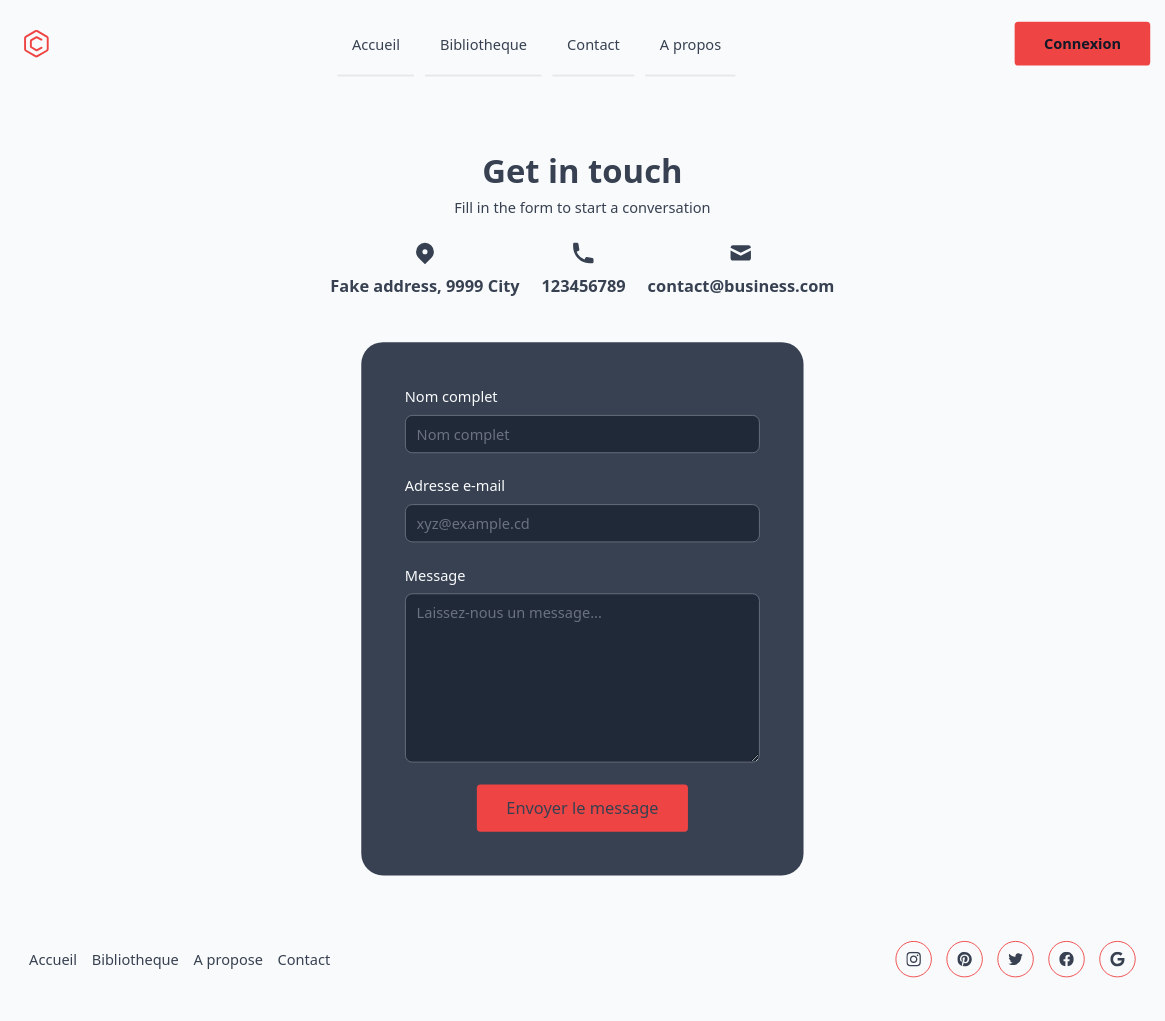
Repository: erulabs243/museum
Page: /contact
An editor plug-in stored every save of this project. The page is shown before and after the next save, followed by the edit.
The browser window is 1280 px wide. The pictures show the whole page, at 91% of full size.
The project was rebuilt for these pictures with package versions that can differ from the ones it lists, and the page was loaded fresh each time. Also part of the build but not shown: vite.config.js, src/pages/admin/Home.jsx, src/pages/commons/NotFound.jsx, src/components/atoms/TagBadge.jsx, src/components/atoms/MyAudioPlayer.jsx, src/components/atoms/MyVideoPlayer.jsx, src/components/atoms/MediaCard.jsx, src/components/sections/Testimonial.jsx and 16 more.

Above is the page before, as saved 2022-08-10 13:31:24.

### index.html
<!DOCTYPE html>
<html lang="en">
  <head>
    <meta charset="UTF-8" />
    <link rel="icon" type="image/svg+xml" href="/vite.svg" />
    <link rel="stylesheet" href="src/theme/App.css">
    <meta name="viewport" content="width=device-width, initial-scale=1.0" />
    <title>Museum...</title>
  </head>
  <body class="bg-gray-50">
    <div id="root"></div>
    <script type="module" src="/src/main.jsx"></script>
  </body>
</html>

### src/App.jsx
'use strict';

import {BrowserRouter, Route, Routes} from 'react-router-dom';
import { AdminRoutes, CommonsRoutes, UserRoutes, AuthRoutes } from './routes';

const App = () => {
  return (
      <BrowserRouter>
        <Routes>
          {AuthRoutes.map(route => <Route path={route.path} key={route.path} element={route.element} />)}
          {UserRoutes.map(route => <Route path={route.path} key={route.path} element={route.element} />)}
          {AdminRoutes.map(route => <Route path={route.path} key={route.path} element={route.element} />)}
          {CommonsRoutes.map(route => <Route path={route.path} key={route.path} element={route.element} />)}
        </Routes>
      </BrowserRouter>
  );
};

export default App

### src/routes/index.jsx
'use strict';

import AdminRoutes from "./AdminRoutes";
import CommonsRoutes from "./CommonsRoutes";
import UserRoutes from "./UserRoutes";
import AuthRoutes from "./AuthRoutes";

export {UserRoutes, AdminRoutes, CommonsRoutes, AuthRoutes};

### src/routes/AdminRoutes.jsx
'use strict';

import { Home } from "../pages/admin";

const AdminRoutes = [
    {
        path: '/admin',
        element: <Home />
    }
];

export default AdminRoutes;

### src/routes/CommonsRoutes.jsx
'use strict';

import {NotFound} from '../pages/commons';

const CommonsRoutes = [
    {
        path: '*',
        element: <NotFound />
    }
]

export default CommonsRoutes;

### src/routes/UserRoutes.jsx
'use strict';

import {
    About,
    Contact,
    Gallery,
    Home,
    Library,
    Podcast,
    Story,
    Testimonials,
    Videos
} from '../pages/user';

const UserRoutes = [
    {
        path: '/',
        element: <Home />
    },
    {
        path: '/contact',
        element: <Contact />
    },
    {
        path: '/library',
        element: <Library />
    },
    {
        path: '/stories',
        element: <Testimonials />
    },
    {
        path: '/stories/:slug',
        element: <Story />
    },
    {
        path: '/gallery',
        element: <Gallery />
    },
    {
        path: '/videos',
        element: <Videos />
    },
    {
        path: '/podcast',
        element: <Podcast />
    },
    {
        path: '/about',
        element: <About />
    }
];

export default UserRoutes;

### src/routes/AuthRoutes.jsx
'use strict';

import {Login} from '../pages/auth';

const AuthRoutes = [
    {
        path: '/login',
        element: <Login />
    }
];

export default AuthRoutes;

### src/pages/admin/index.jsx
'use strict';

import Home from './Home';

export {Home};

### src/pages/commons/index.jsx
'use strict';

import NotFound from './NotFound';

export {NotFound};

### src/pages/user/index.jsx
'use strict';

import Blog from './Blog';
import Contact from './Contact';
import Gallery from './Gallery';
import Library from './Library';
import Podcast from './Podcast';
import Testimonials from './Testimonials';
import Videos from './Videos';
import Home from './Home';
import Story from './Story';
import About from './About';

export { Home, Blog, Contact, Gallery, Library, Podcast, Testimonials, Videos, Story, About };

### src/pages/auth/index.jsx
'use strict';

import Login from "./Login";

export {Login};

### src/pages/user/Contact.jsx
'use strict';

import { Footer, Navbar } from '../../components/sections';

const Contact = () => {
    return (
        <main>
            <Navbar />
            <section className="py-6 bg-gray-50 text-gray-700 h-5/6">
                <div className="flex flex-col items-center px-6 mx-auto lg:px-8">
                    <div className="p-12 w-2/3">
                        <h1 className="text-4xl font-bold text-center">Get in touch</h1>
                        <p className="pt-2 pb-4 text-center">
                            Fill in the form to start a conversation
                        </p>
                        <div className="flex justify-center items-center">
                            <p className="flex flex-col justify-center items-center mx-3">
                                <svg
                                    xmlns="http://www.w3.org/2000/svg"
                                    viewBox="0 0 20 20"
                                    fill="currentColor"
                                    className="w-7 h-7 my-2">
                                    <path
                                        fillRule="evenodd"
                                        d="M5.05 4.05a7 7 0 119.9 9.9L10 18.9l-4.95-4.95a7 7 0 010-9.9zM10 11a2 2 0 100-4 2 2 0 000 4z"
                                        clipRule="evenodd"></path>
                                </svg>
                                <span className="text-lg font-semibold">
                                    Fake address, 9999 City
                                </span>
                            </p>
                            <p className="flex  flex-col justify-center items-center mx-3">
                                <svg
                                    xmlns="http://www.w3.org/2000/svg"
                                    viewBox="0 0 20 20"
                                    fill="currentColor"
                                    className="w-7 h-7 my-2">
                                    <path d="M2 3a1 1 0 011-1h2.153a1 1 0 01.986.836l.74 4.435a1 1 0 01-.54 1.06l-1.548.773a11.037 11.037 0 006.105 6.105l.774-1.548a1 1 0 011.059-.54l4.435.74a1 1 0 01.836.986V17a1 1 0 01-1 1h-2C7.82 18 2 12.18 2 5V3z"></path>
                                </svg>
                                <span className="text-lg font-semibold">123456789</span>
                            </p>
                            <p className="flex flex-col justify-center items-center mx-3">
                                <svg
                                    xmlns="http://www.w3.org/2000/svg"
                                    viewBox="0 0 20 20"
                                    fill="currentColor"
                                    className="w-7 h-7 my-2">
                                    <path d="M2.003 5.884L10 9.882l7.997-3.998A2 2 0 0016 4H4a2 2 0 00-1.997 1.884z"></path>
                                    <path d="M18 8.118l-8 4-8-4V14a2 2 0 002 2h12a2 2 0 002-2V8.118z"></path>
                                </svg>
                                <span className="text-lg font-semibold">contact@business.com</span>
                            </p>
                        </div>
                    </div>
                    <form
                        noValidate=""
                        className="flex flex-col w-2/5 py-12 space-y-6 px-12 ng-untouched ng-pristine ng-valid bg-gray-700 rounded-3xl">
                        <label className="block">
                            <span className="text-gray-50">Nom complet</span>
                            <input
                                type="text"
                                placeholder="Nom complet"
                                required
                                className="block w-full rounded-lg mt-2 focus:ring focus:ring-opacity-75 focus:ring-red-500 bg-gray-800 text-gray-50"
                            />
                        </label>
                        <label className="block">
                            <span className="text-gray-50">Adresse e-mail</span>
                            <input
                                type="email"
                                required
                                placeholder="xyz@example.cd"
                                className="block w-full rounded-lg mt-2 focus:ring focus:ring-opacity-75 focus:ring-red-500 bg-gray-800 text-gray-50"
                            />
                        </label>
                        <label className="block">
                            <span className="text-gray-50">Message</span>
                            <textarea
                                required
                                placeholder="Laissez-nous un message..."
                                rows="7"
                                className="block w-full rounded-lg mt-2 focus:ring focus:ring-opacity-75 focus:ring-red-500 bg-gray-800 text-gray-50"></textarea>
                        </label>
                        <button
                            type="button"
                            className="self-center px-8 py-3 text-lg rounded focus:ring hover:ring focus:ring-opacity-75 bg-red-500 text-gray-700 focus:ring-red-500 hover:ring-red-500">
                            Envoyer le message
                        </button>
                    </form>
                </div>
            </section>
            <Footer />
        </main>
    );
};

export default Contact;

### src/components/sections/index.jsx
'use strict';

import Navbar from './Navbar';
import Footer from './Footer';
import Testimonial from './Testimonial';
import LibraryHeader from './LibraryHeader';
import Pagination from './Pagination';
import Article from './Article';
import Image from './Image';
import Modal from './Modal';

export { Navbar, Footer, Testimonial, LibraryHeader, Pagination, Article, Image, Modal };

### src/components/atoms/index.jsx
'use strict';

import NavLink from './headers/NavLink';
import Button from './headers/Button';
import TagBadge from './TagBadge';
import MyAudioPlayer from './MyAudioPlayer';
import MyVideoPlayer from './MyVideoPlayer';
import MediaCard from './MediaCard';

export { Button, NavLink, TagBadge, MyAudioPlayer, MyVideoPlayer, MediaCard };

### src/components/sections/Navbar.jsx
'use strict';

import { Button, NavLink } from '../atoms';

const setActiveMenu = (menu) => {
    const urlHref = window.location.href;
    let url = urlHref;
    url = url.substring(url.lastIndexOf('/') + 1);
    if (
        urlHref.includes('stories') ||
        urlHref.includes('videos') ||
        urlHref.includes('podcast') ||
        urlHref.includes('gallery')
    )
        url = 'library';

    return menu == 'home' && url == '' ? true : url.includes(menu);
};

const Navbar = () => {
    return (
        <header className="p-4 sticky top-0 bg-gray-50 text-gray-700">
            <div className="container flex justify-between h-16 mx-auto">
                <a
                    rel="noopener noreferrer"
                    href="#"
                    aria-label="Back to homepage"
                    className="flex items-center p-2">
                    <svg
                        xmlns="http://www.w3.org/2000/svg"
                        fill="currentColor"
                        viewBox="0 0 32 32"
                        className="w-8 h-8 text-red-500">
                        <path d="M27.912 7.289l-10.324-5.961c-0.455-0.268-1.002-0.425-1.588-0.425s-1.133 0.158-1.604 0.433l0.015-0.008-10.324 5.961c-0.955 0.561-1.586 1.582-1.588 2.75v11.922c0.002 1.168 0.635 2.189 1.574 2.742l0.016 0.008 10.322 5.961c0.455 0.267 1.004 0.425 1.59 0.425 0.584 0 1.131-0.158 1.602-0.433l-0.014 0.008 10.322-5.961c0.955-0.561 1.586-1.582 1.588-2.75v-11.922c-0.002-1.168-0.633-2.189-1.573-2.742zM27.383 21.961c0 0.389-0.211 0.73-0.526 0.914l-0.004 0.002-10.324 5.961c-0.152 0.088-0.334 0.142-0.53 0.142s-0.377-0.053-0.535-0.145l0.005 0.002-10.324-5.961c-0.319-0.186-0.529-0.527-0.529-0.916v-11.922c0-0.389 0.211-0.73 0.526-0.914l0.004-0.002 10.324-5.961c0.152-0.090 0.334-0.143 0.53-0.143s0.377 0.053 0.535 0.144l-0.006-0.002 10.324 5.961c0.319 0.185 0.529 0.527 0.529 0.916z"></path>
                        <path d="M22.094 19.451h-0.758c-0.188 0-0.363 0.049-0.515 0.135l0.006-0.004-4.574 2.512-5.282-3.049v-6.082l5.282-3.051 4.576 2.504c0.146 0.082 0.323 0.131 0.508 0.131h0.758c0.293 0 0.529-0.239 0.529-0.531v-0.716c0-0.2-0.11-0.373-0.271-0.463l-0.004-0.002-5.078-2.777c-0.293-0.164-0.645-0.26-1.015-0.26-0.39 0-0.756 0.106-1.070 0.289l0.010-0.006-5.281 3.049c-0.636 0.375-1.056 1.055-1.059 1.834v6.082c0 0.779 0.422 1.461 1.049 1.828l0.009 0.006 5.281 3.049c0.305 0.178 0.67 0.284 1.061 0.284 0.373 0 0.723-0.098 1.027-0.265l-0.012 0.006 5.080-2.787c0.166-0.091 0.276-0.265 0.276-0.465v-0.716c0-0.293-0.238-0.529-0.529-0.529z"></path>
                    </svg>
                </a>
                <ul className="items-stretch hidden space-x-3 lg:flex">
                    <li className="flex">
                        <NavLink
                            link={{ name: 'Accueil', path: '', active: setActiveMenu('home') }}
                        />
                    </li>
                    <li className="flex">
                        <NavLink
                            link={{
                                name: 'Bibliotheque',
                                path: 'stories',
                                active: setActiveMenu('library')
                            }}
                        />
                    </li>
                    <li className="flex">
                        <NavLink
                            link={{
                                name: 'Contact',
                                path: 'contact',
                                active: setActiveMenu('contact')
                            }}
                        />
                    </li>
                    <li className="flex">
                        <NavLink
                            link={{
                                name: 'A propos',
                                path: 'about',
                                active: setActiveMenu('about')
                            }}
                        />
                    </li>
                </ul>
                <div className="items-center flex-shrink-0 hidden lg:flex">
                    {/* <button className="self-center px-8 py-3 rounded">Sign in</button> */}
                    <Button link={{ name: 'Connexion' }} />
                </div>
                <button className="p-4 lg:hidden">
                    <svg
                        xmlns="http://www.w3.org/2000/svg"
                        fill="none"
                        viewBox="0 0 24 24"
                        stroke="currentColor"
                        className="w-6 h-6 text-gray-100">
                        <path
                            strokeLinecap="round"
                            strokeLinejoin="round"
                            strokeWidth="2"
                            d="M4 6h16M4 12h16M4 18h16"></path>
                    </svg>
                </button>
            </div>
        </header>
    );
};

export default Navbar;

### src/components/atoms/headers/NavLink.jsx
'use strict';

import { Link } from 'react-router-dom';

const NavLink = ({ link = {} }) => {
  return (
    <Link
      rel="noopener noreferrer"
      to={`/${link.path}`}
      className={
        link.active
          ? 'flex items-center px-4 -mb-1 border-b-2 dark:border-transparent dark:text-red-500 dark:border-red-500'
          : 'flex items-center px-4 -mb-1 border-b-2 dark:border-transparent'
      }>
      {link.name}
    </Link>
  );
};

export default NavLink;

### src/components/atoms/headers/Button.jsx
'use strict';

const Button = ({ link = {} }) => {
  return (
    <button className="self-center px-8 py-3 font-semibold rounded bg-red-500 text-gray-900">
      {link.name}
    </button>
  );
};

export default Button;

Loaded but not shown: src/main.jsx (common file); src/theme/App.css (2450 lines, source omitted); src/components/sections/Footer.jsx (105 lines, source omitted)

After the next save:
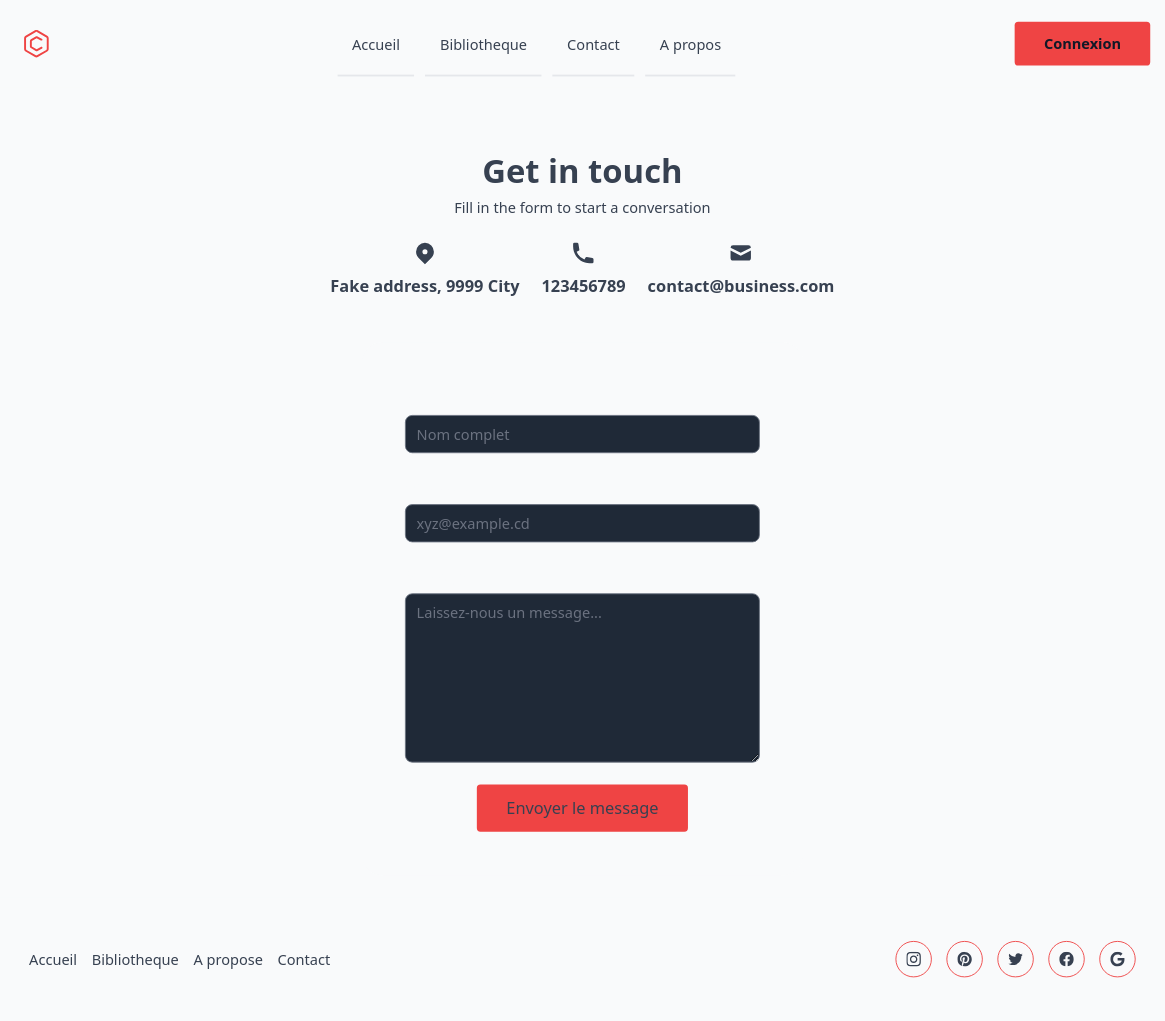
Saved 35 s later.
--- a/src/pages/user/Contact.jsx
+++ b/src/pages/user/Contact.jsx
@@ -54,7 +54,7 @@
                     </div>
                     <form
                         noValidate=""
-                        className="flex flex-col w-2/5 py-12 space-y-6 px-12 ng-untouched ng-pristine ng-valid bg-gray-700 rounded-3xl">
+                        className="flex flex-col w-2/5 py-12 space-y-6 px-12 ng-untouched ng-pristine ng-valid bg-gray-50 rounded-3xl">
                         <label className="block">
                             <span className="text-gray-50">Nom complet</span>
                             <input

After the save that followed:
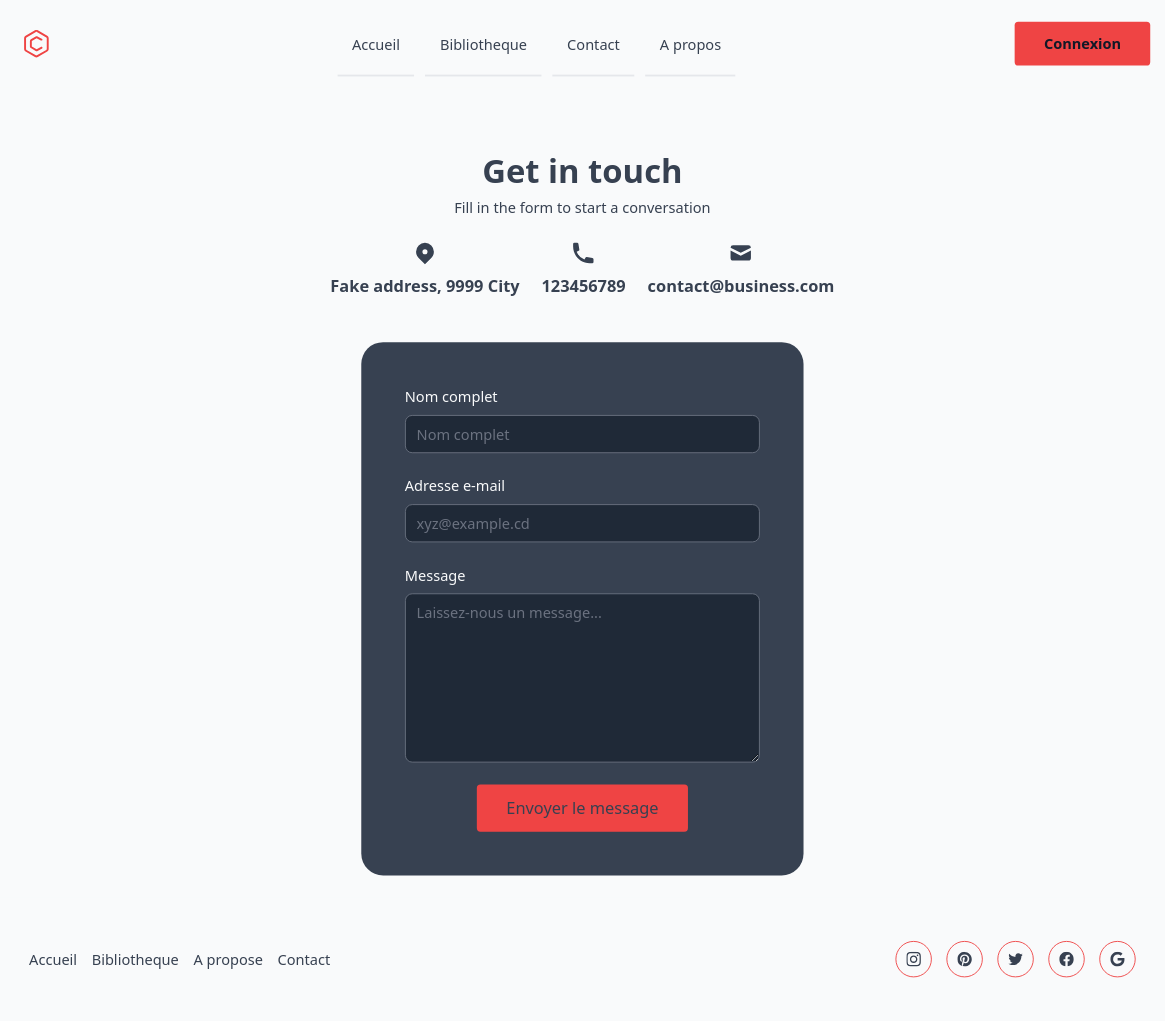
Saved 5 s later.
--- a/src/pages/user/Contact.jsx
+++ b/src/pages/user/Contact.jsx
@@ -54,7 +54,7 @@
                     </div>
                     <form
                         noValidate=""
-                        className="flex flex-col w-2/5 py-12 space-y-6 px-12 ng-untouched ng-pristine ng-valid bg-gray-50 rounded-3xl">
+                        className="flex flex-col w-2/5 py-12 space-y-6 px-12 ng-untouched ng-pristine ng-valid bg-gray-700 rounded-3xl">
                         <label className="block">
                             <span className="text-gray-50">Nom complet</span>
                             <input
